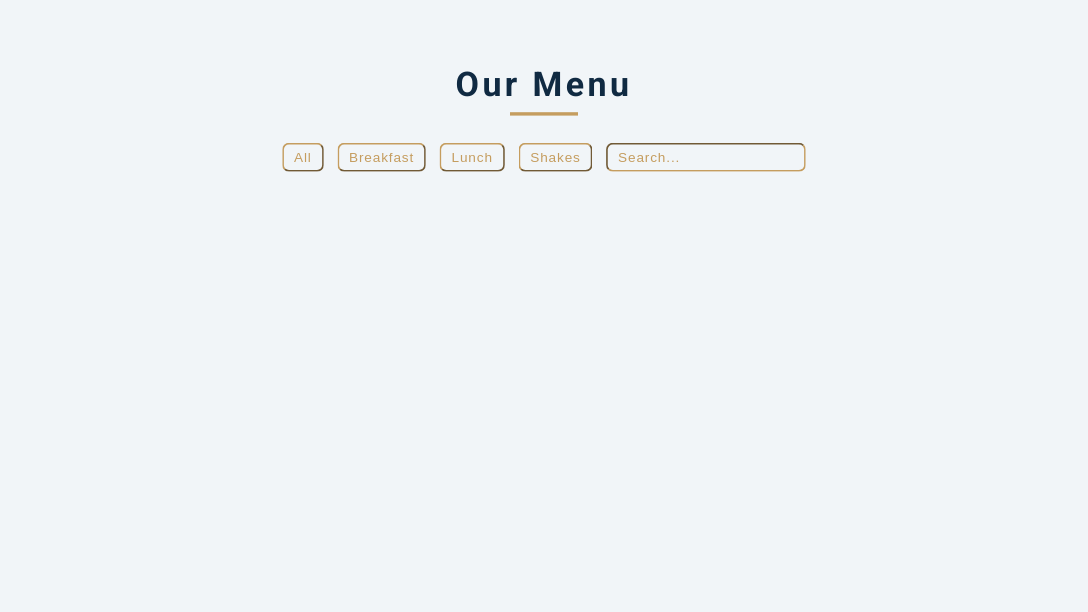
Repository: AnahitKhechumyan/MENUFILTER
Page: index.html
The author's editor kept a copy of each file at every save. The page is drawn from the files as they stood at one save, then again after the next save.
The browser window is 1280 px wide. The pictures show the whole page, at 85% of full size.
Some web libraries are served in a nearby version.

Above is the page before, as saved 2022-02-17 20:11:29.
Console error: ReferenceError: diplayMenuItems is not defined

After the next save:
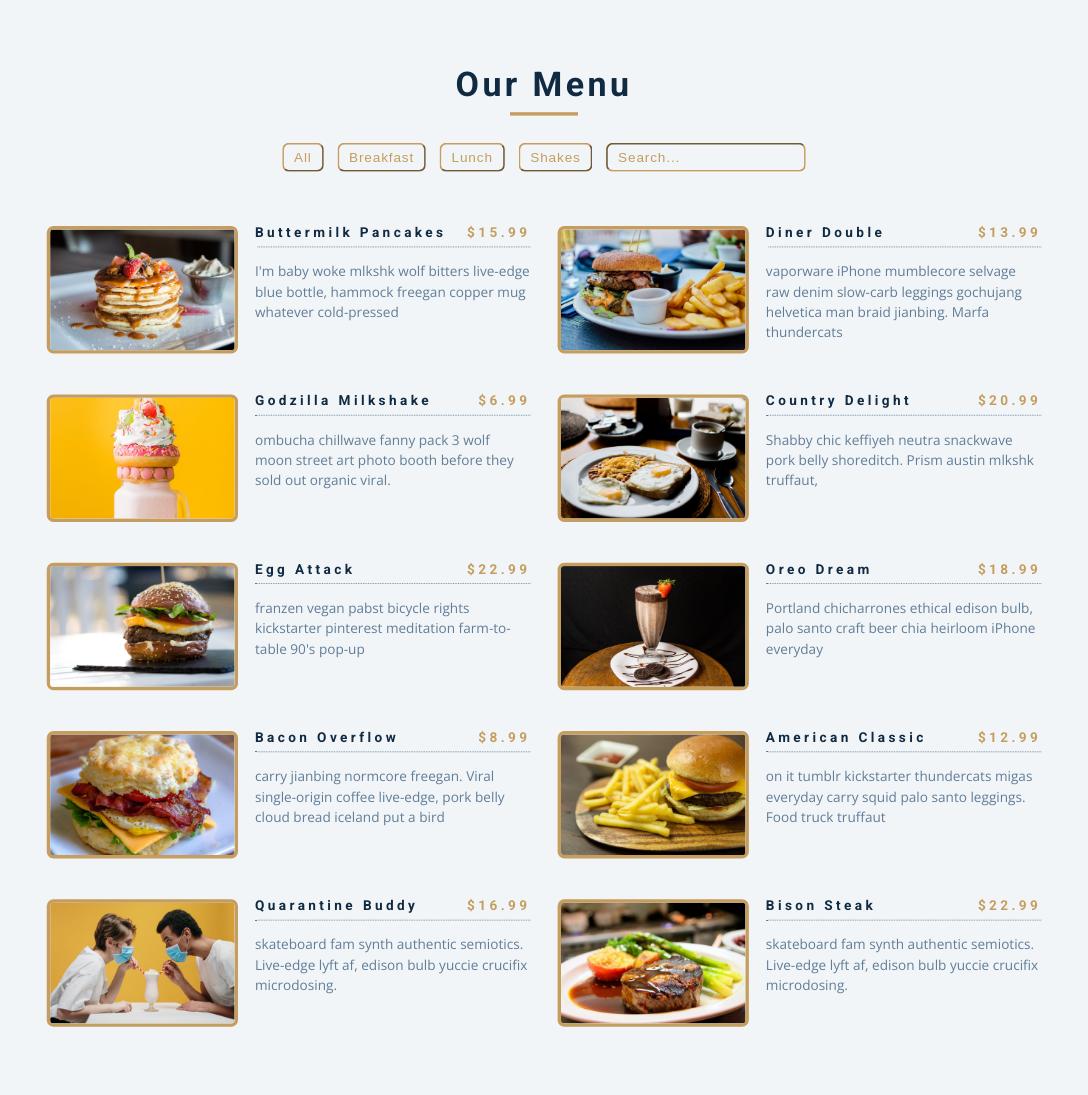
The error is gone.
Saved 2 min 36 s later.
--- a/app.js
+++ b/app.js
@@ -6,7 +6,7 @@ const btnContainer = document.querySelector(".btn-container");
 
 // display all items when page loads
 window.addEventListener("DOMContentLoaded", function () {
-  diplayMenuItems(menu);
+  displayMenuItems(menu);
   displayMenuButtons();
 });
 function displayMenuItems(menuItems) {
